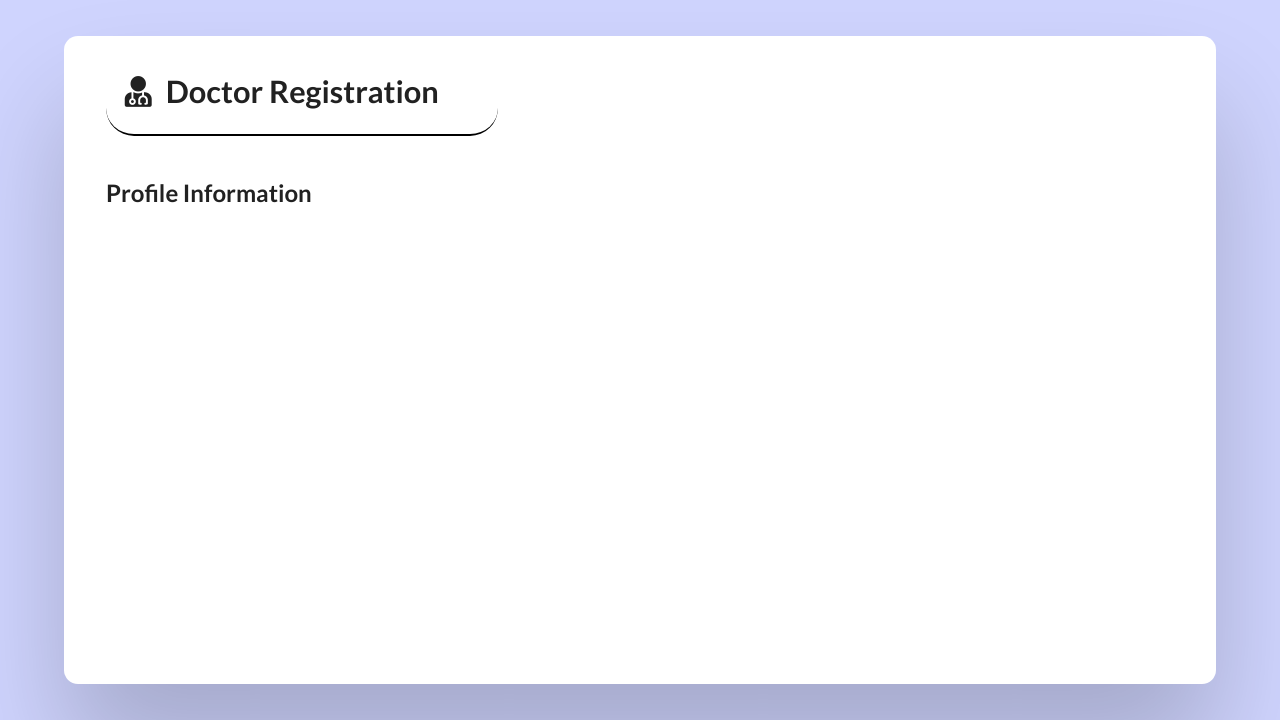
Repository: ajayaj2001/healthcare-digitization
Page: /doctorRegister
An editor plug-in stored every save of this project. The page is shown before and after the next save, followed by the edit.
The browser window is 1280 px wide. The pictures show the whole page.
The project was rebuilt for these pictures with package versions that can differ from the ones it lists, and the page was loaded fresh each time. Also part of the build but not shown: src/component/userType/UserType.scss, src/component/userType/UserType.js, src/component/login/Login.scss, src/component/login/loginForm/LoginForm.scss, src/component/login/loginForm/LoginForm.js, src/component/login/Login.js, src/component/register/Register.scss, src/component/register/registerForm/RegisterForm.scss and 2 more.

Above is the page before, as saved 2021-03-13 11:30:47.

### public/index.html
<!DOCTYPE html>
<html lang="en">

<head>
  <meta charset="utf-8" />
  <meta name="viewport" content="width=device-width, initial-scale=1" />
  <meta name="theme-color" content="#000000" />
  <meta name="description" content="Web site created using create-react-app" />
  <link rel="stylesheet" href="https://fonts.googleapis.com/css?family=Roboto:300,400,500,700&display=swap" />
  <link rel="stylesheet" href="https://fonts.googleapis.com/icon?family=Material+Icons" />

  <!--
      manifest.json provides metadata used when your web app is installed on a
      user's mobile device or desktop. See https://developers.google.com/web/fundamentals/web-app-manifest/
    -->
  <!-- <link rel="manifest" href="%PUBLIC_URL%/manifest.json" /> -->
  <!--
      Notice the use of %PUBLIC_URL% in the tags above.
      It will be replaced with the URL of the `public` folder during the build.
      Only files inside the `public` folder can be referenced from the HTML.

      Unlike "/favicon.ico" or "favicon.ico", "%PUBLIC_URL%/favicon.ico" will
      work correctly both with client-side routing and a non-root public URL.
      Learn how to configure a non-root public URL by running `npm run build`.
    -->
  <title>medical</title>
</head>

<body>
  <noscript>You need to enable JavaScript to run this app.</noscript>
  <div id="root"></div>
  <!--
      This HTML file is a template.
      If you open it directly in the browser, you will see an empty page.

      You can add webfonts, meta tags, or analytics to this file.
      The build step will place the bundled scripts into the <body> tag.

      To begin the development, run `npm start` or `yarn start`.
      To create a production bundle, use `npm run build` or `yarn build`.
    -->
</body>

</html>

### src/index.js
import React from 'react';
import ReactDOM from 'react-dom';
import './index.scss';
import App from './component/app/App';
import 'semantic-ui-css/semantic.min.css'


ReactDOM.render(
  // <React.StrictMode>
    <App />
  // </React.StrictMode>
  ,
  document.getElementById('root')
);

### src/index.scss
code {
  font-family: source-code-pro, Menlo, Monaco, Consolas, "Courier New", monospace;
}
@mixin respond($breakpoint) {
  @if $breakpoint == phone {
    @media (max-width: 37.5em) {
      @content;
    }
  }

  @if $breakpoint == tab-land {
    @media (max-width: 75em) {
      @content;
    }
  }
  @if $breakpoint == tab-port {
    @media (max-width: 56.25em) {
      @content;
    }
  }
  @if $breakpoint == big-desktop {
    @media (min-width: 112.5em) {
      @content;
    }
  }
}

*,
*::after,
*::before {
  margin: 0;
  padding: 0;
  box-sizing: inherit;
}
body {
  font-family: "Lato", sans-serif;
  font-weight: 400;
  font-size: 16px;
  line-height: 1.7;
  color: #777;
  //padding: 30px;
  box-sizing: border-box;
  @include respond(tab-port) {
    padding: 0;
  }
}

html {
  font-size: 62.5%; //1rem=10px 10px/16px=62.5%
  @include respond(tab-land) {
    //width <1200
    font-size: 56.25%; //1rem=9px
  }
  @include respond(tab-port) {
    //<width <900
    font-size: 50%; //1rem=8px
  }
  // @include respond(phone) {
  //     //<width<600
  //     font-size: 40%; //1rem=4.8px
  // }
  @include respond(big-desktop) {
    //>1200
    font-size: 75%; //1rem=12
  }
}

### src/component/app/App.js
import './App.scss';

import UserType from "../userType/UserType";
import Login from '../login/Login';
import Register from '../register/Register';
import { BrowserRouter as Router,Route,Switch } from 'react-router-dom';
import DoctorRegister from '../doctorRegister/DoctorRegister';

function App() {
  return (
    <Router>
       <Switch>
          <Route path="/login">
           <Login/>
          </Route>
          <Route path="/register">
           <Register/>
          </Route>
          <Route path="/doctorRegister">
            <DoctorRegister/>
          </Route>
          <Route path="/">
            <UserType/>
          </Route>

        </Switch>
    {/* <div className="App">
    </div> */}
    </Router>
  );
}

export default App;

### src/component/doctorRegister/DoctorRegister.js
import React from 'react'
import './DoctorRegister.scss'
import DoctorRegisterForm from './doctorRegisterForm/DoctorRegisterForm'
import {  Icon } from 'semantic-ui-react'

const DoctorRegister = () => {
    return (
        <div className="doctorRegister__container">
            <div className="doctorRegister__main">
                <h1 className="doctorRegister__heading"><Icon name="user doctor"/> Doctor Registration</h1>
                <DoctorRegisterForm/>
            </div>
        </div>
    )
}

export default DoctorRegister

### src/component/doctorRegister/DoctorRegister.scss
.doctorRegister{
    &__container{
        margin: 0;
        background-color: #cfd4fe;
        height: 100vh;
        display: flex;
        justify-content: center;
        align-items: center;
    }
    &__main{
        background-color: white;
        width: 90%;
        height: 90%;
        border-radius: 1rem;
        align-items: center;
        overflow: hidden;
        box-shadow: 0 5rem 8rem rgba(black, 0.2);
        padding: 1rem 0rem 0rem 3rem;
    }
   &__heading{
       font-size: 2.2rem;
       margin: 0rem 0rem 3rem 0rem;
       padding-left: 1rem;
       line-height: 6rem;
       border-bottom: .2rem solid black;
       width: 28rem;
       border-radius: 2rem;

   }
}

### src/component/doctorRegister/doctorRegisterForm/DoctorRegisterForm.js
import React from 'react'
import './DoctorRegisterForm.scss'
const DoctorRegisterForm = () => {
    return (
        <div className="doctorRegisterForm">
            <div className="doctorRegisterForm__heading"><h2>Profile Information</h2></div>
        </div>
    )
}

export default DoctorRegisterForm

### src/component/doctorRegister/doctorRegisterForm/DoctorRegisterForm.scss
.doctorRegisterForm{
    &__heading{
        font-size: 1.8rem;
    }
}

Loaded but not shown: src/component/app/App.scss (no stored copy; drawn as an empty file)

After the next save:
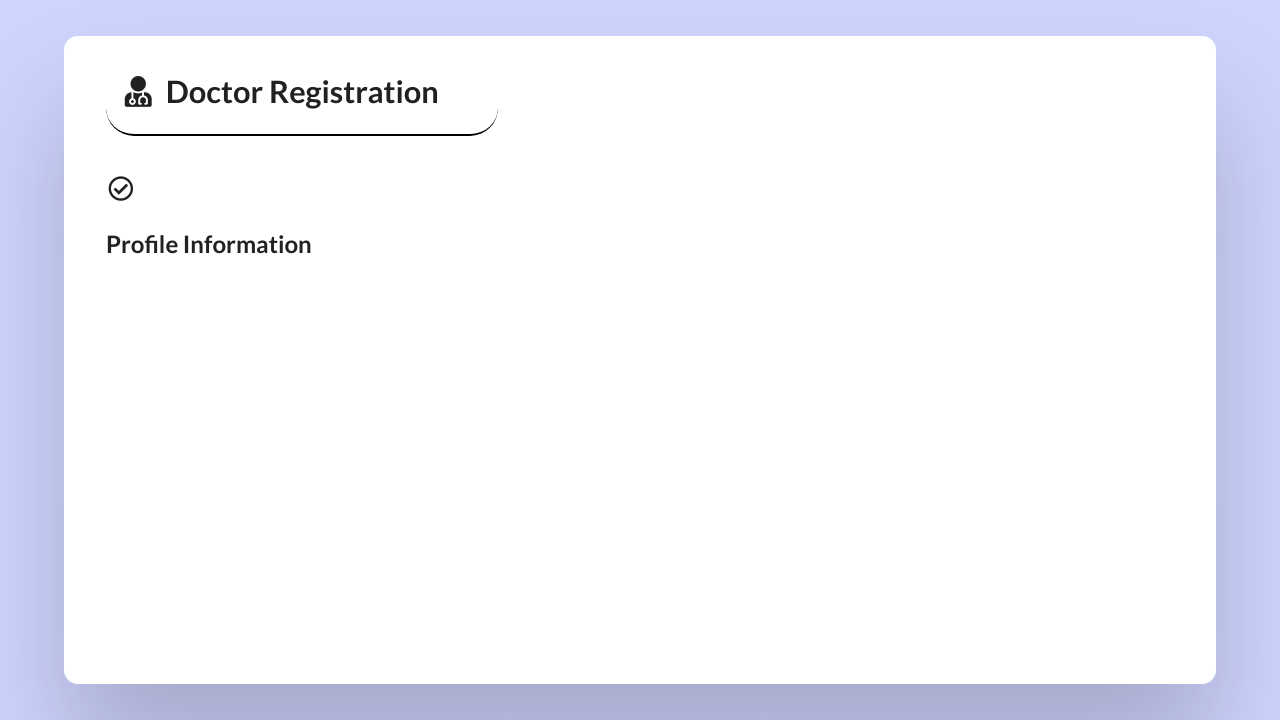
Saved 57 s later.
--- a/src/component/doctorRegister/doctorRegisterForm/DoctorRegisterForm.js
+++ b/src/component/doctorRegister/doctorRegisterForm/DoctorRegisterForm.js
@@ -1,9 +1,10 @@
 import React from 'react'
+import { Icon } from 'semantic-ui-react'
 import './DoctorRegisterForm.scss'
 const DoctorRegisterForm = () => {
     return (
         <div className="doctorRegisterForm">
-            <div className="doctorRegisterForm__heading"><h2>Profile Information</h2></div>
+            <div className="doctorRegisterForm__heading"><Icon name="check circle outline"/> <h2>Profile Information</h2></div>
         </div>
     )
 }
